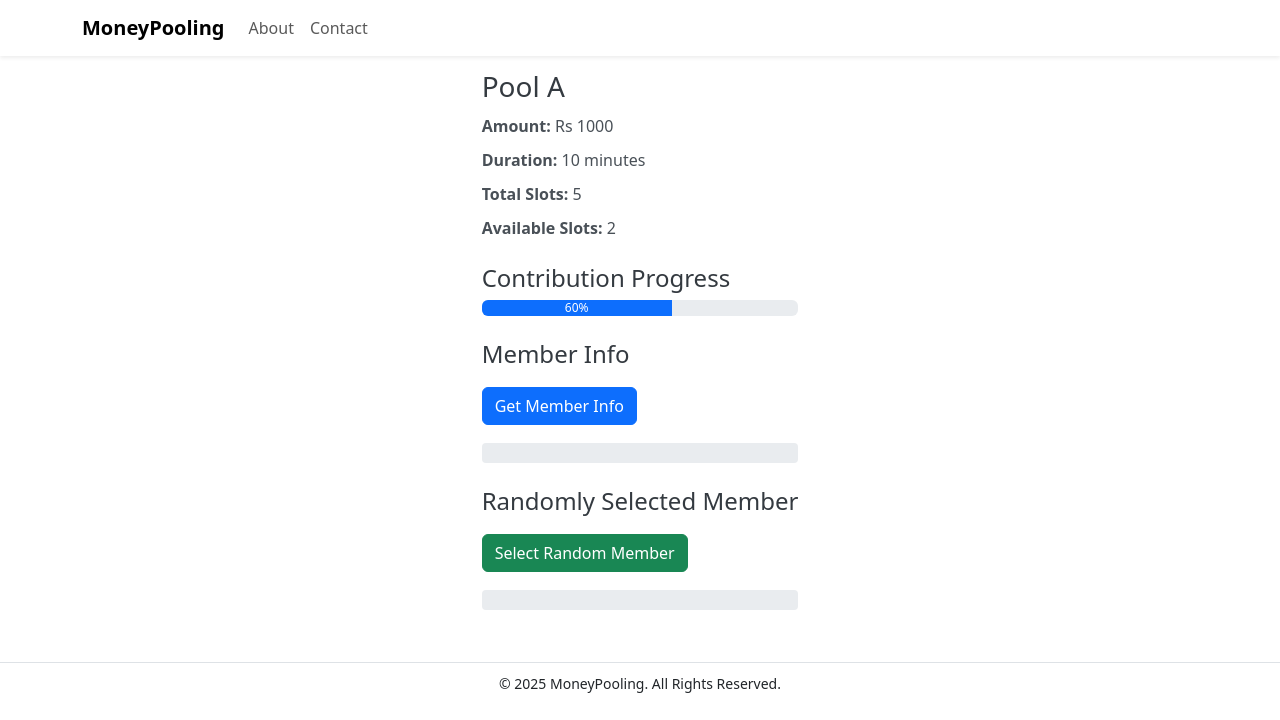
Repository: xxgautm420/MoneyPool
Page: http://localhost/progress
An editor plug-in stored every save of this project. The page is shown before and after the next save, followed by the edit.
The browser window is 1280 px wide. The pictures show the whole page.
The page is served by the project's application, run on Flask 3 (app.py).

Above is the page before, as saved 2025-03-02 14:34:11.

After the next save:
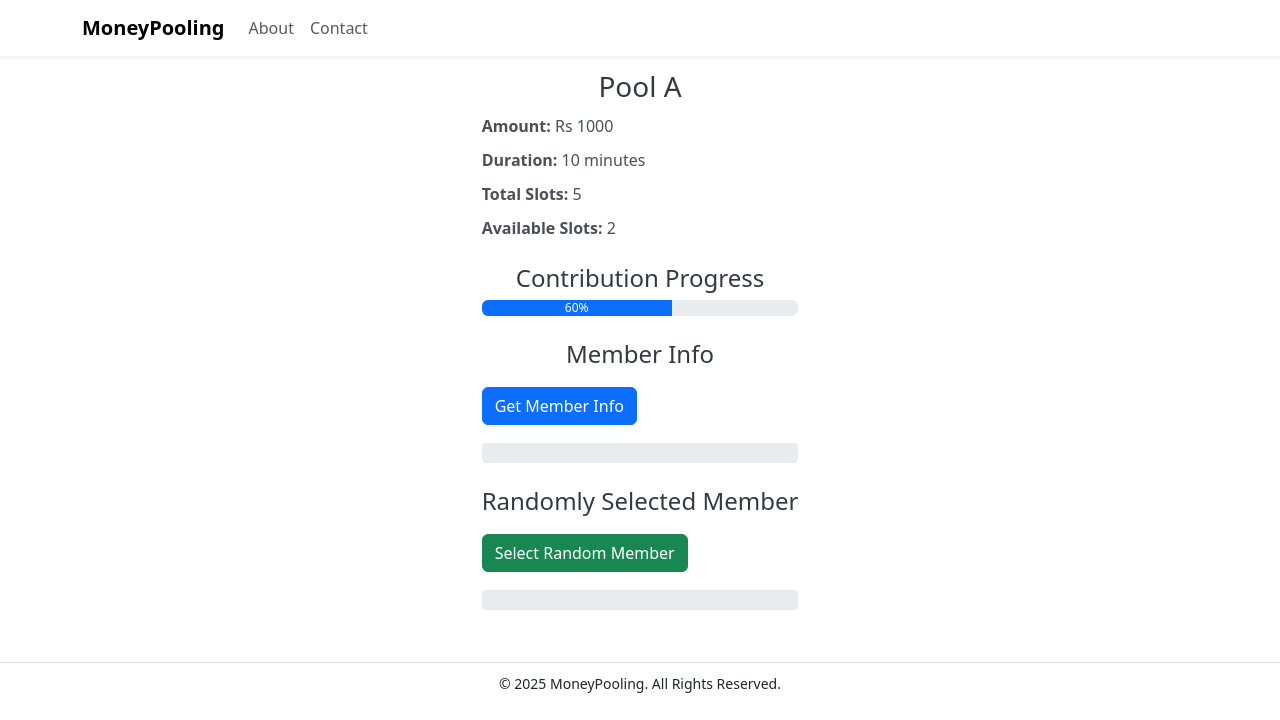
Saved 4 min 18 s later.
--- a/static/Css/progress.css
+++ b/static/Css/progress.css
@@ -115,13 +115,14 @@ footer {
 }
 
 //* Main container styling */
+/* Main container styling */
 .main-container {
     width: 80%;
     margin: 0 auto;
     padding: 20px;
     background-color: #f8f9fa;
-    border-radius: 8px;
-    box-shadow: 0 4px 8px rgba(0, 0, 0, 0.1);
+    border-radius: 15px;
+    box-shadow: 0 4px 8px rgba(0, 0, 0, 0.2);
     font-family: Arial, sans-serif;
 }
 
@@ -129,6 +130,7 @@ footer {
 .main-container h3,
 .main-container h4 {
     color: #343a40;
+    text-align: center; /* Center align the title */
 }
 
 /* Paragraphs and labels */
@@ -194,4 +196,5 @@ footer {
 
 #actionButtonContainer {
     margin-top: 20px;
-}
+    text-align: center; /* Center align the action buttons */
+}
